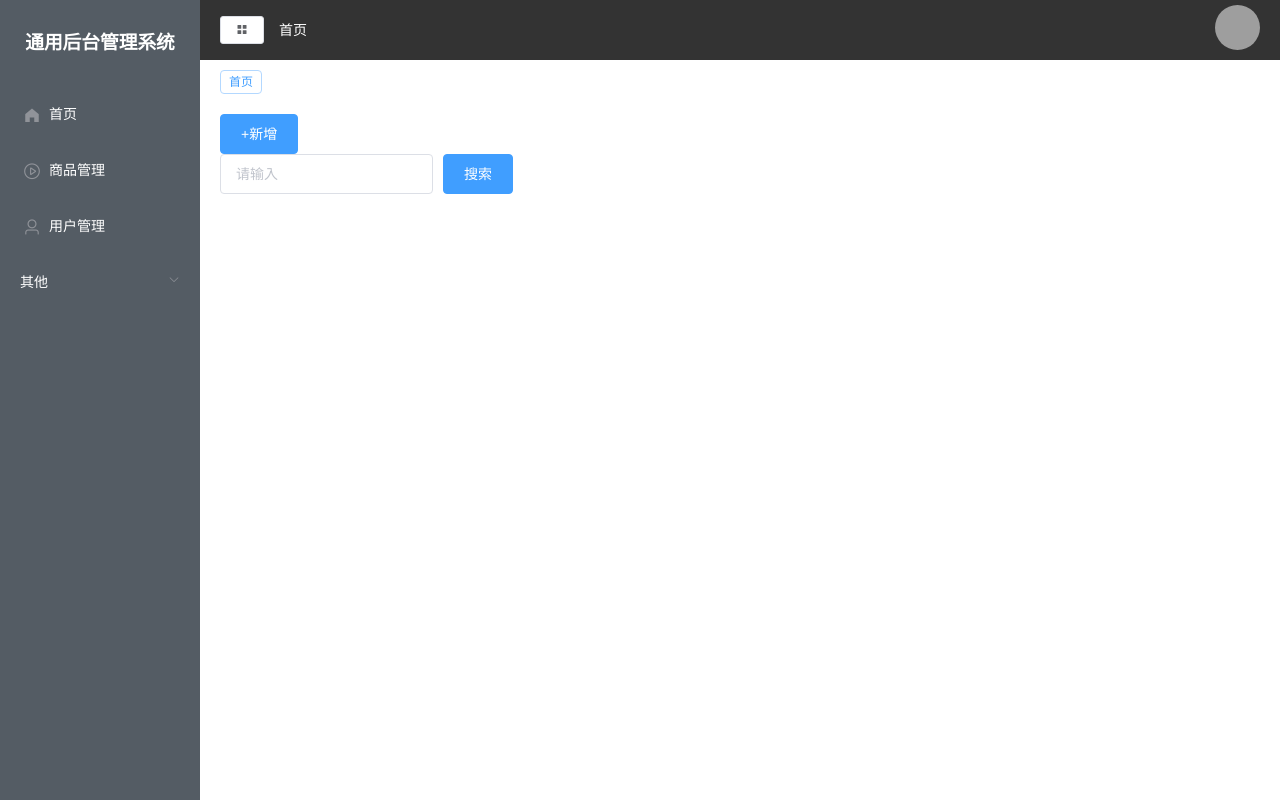
Repository: zhangwen001208/cmd
Page: /user
An editor plug-in stored every save of this project. The page is shown before and after the next save, followed by the edit.
The browser window is 1280 px wide. The pictures show the whole page.
Pictures or frames that could not be fetched are drawn as grey boxes. The project was rebuilt for these pictures with package versions that can differ from the ones it lists, and the page was loaded fresh each time. Also part of the build but not shown: vue.config.js.

Above is the page before, as saved 2022-08-29 10:57:26.

After the next save:
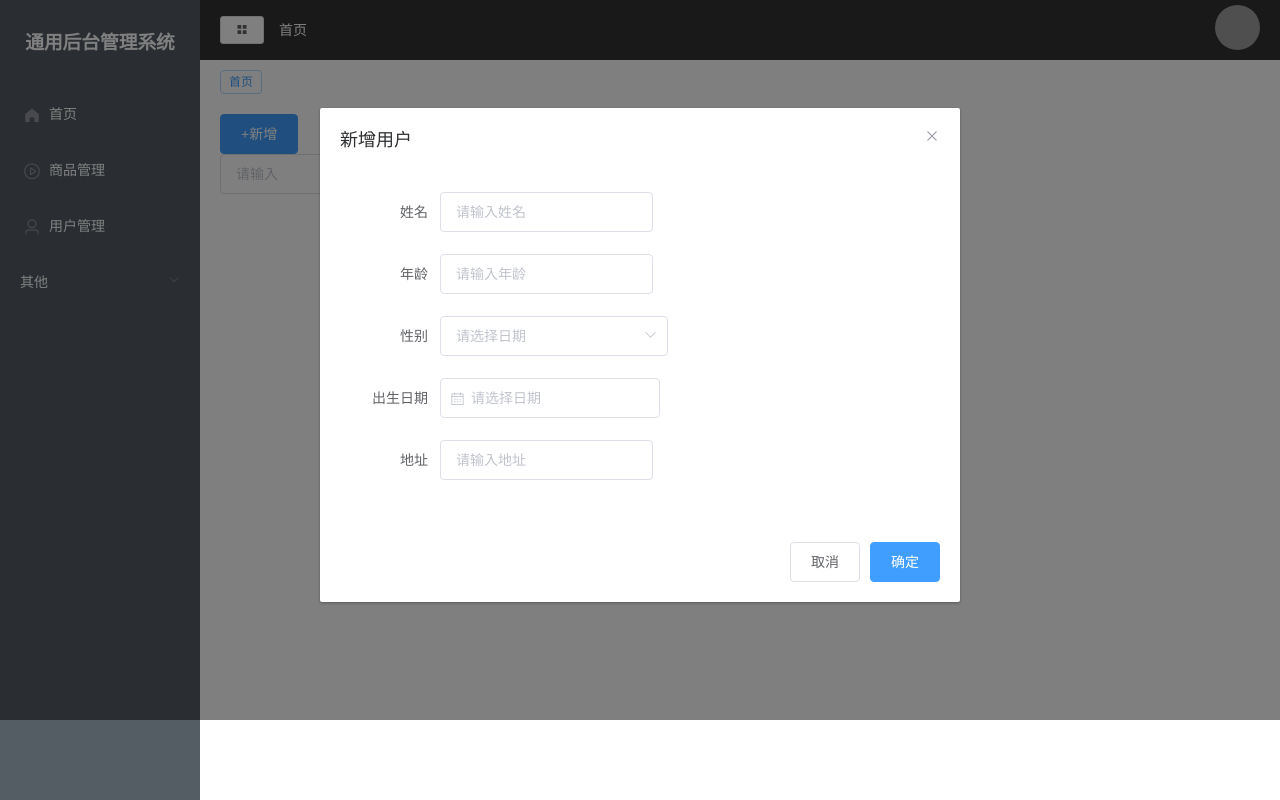
Saved 2 min 47 s later.
--- a/src/views/user/user.vue
+++ b/src/views/user/user.vue
@@ -40,7 +40,7 @@
        data() {
         return {
             operateType: 'add',
-            isShow: false,
+            isShow: true,
             opertateFormLabel: [
                 {
                     model: 'name',

After the save that followed:
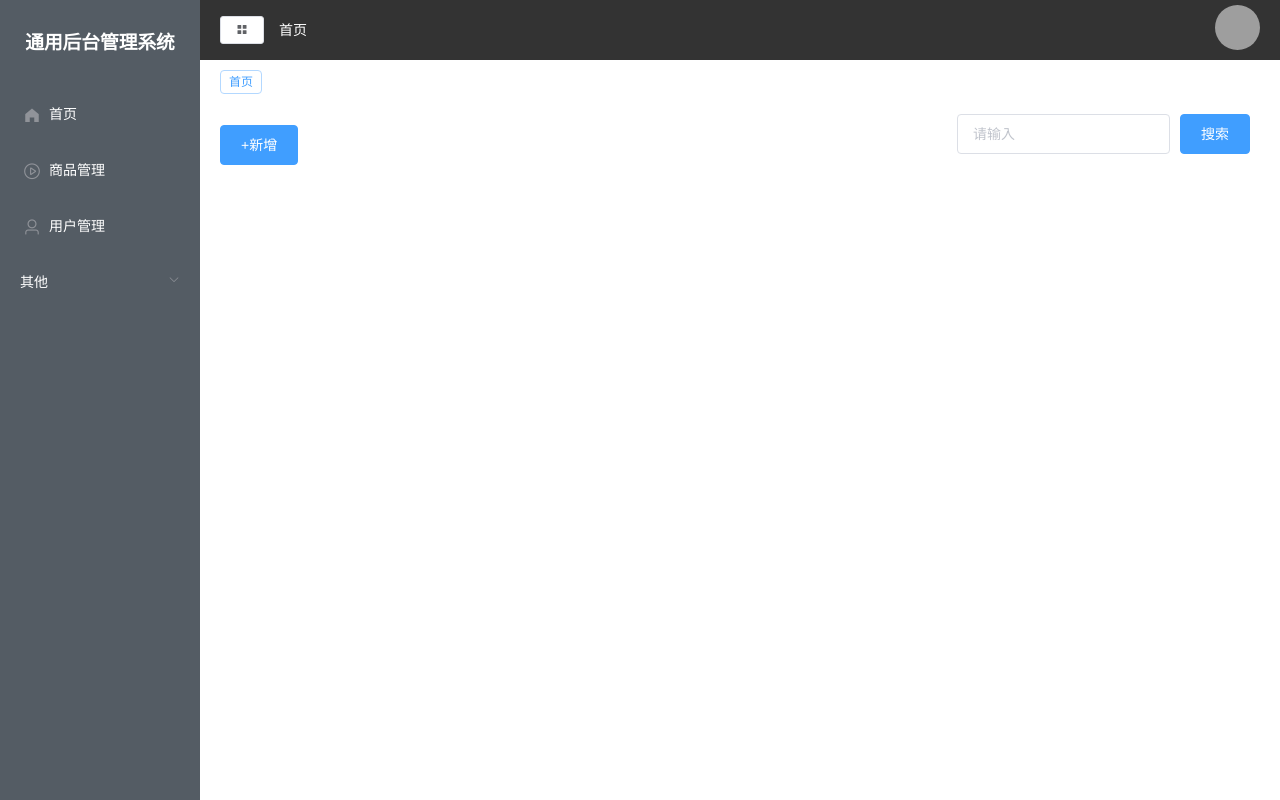
Saved 52 s later.
--- a/src/views/user/user.vue
+++ b/src/views/user/user.vue
@@ -40,7 +40,7 @@
        data() {
         return {
             operateType: 'add',
-            isShow: true,
+            isShow: false,
             opertateFormLabel: [
                 {
                     model: 'name',
@@ -119,6 +119,11 @@
     }
 </script>
 
-<style lang="scss" scoped>
+<style lang="less" scoped>
+.manage-header {
+    display: flex;
+    justify-content: space-between;
+    align-items: center;
+}
 
 </style>
